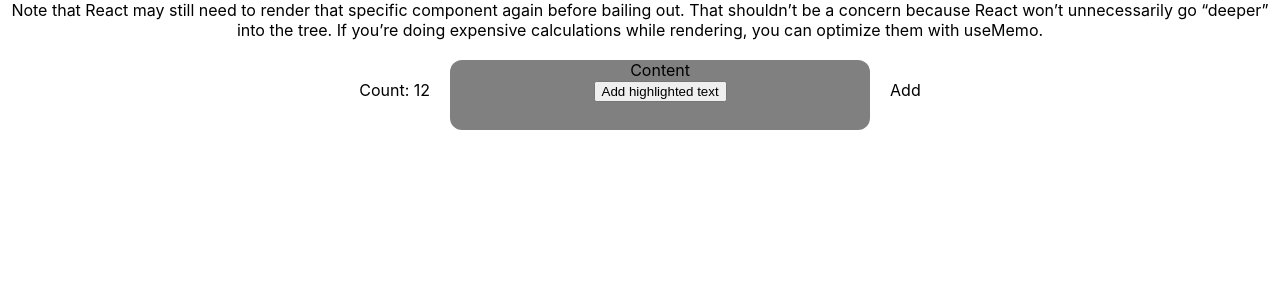
Repository: Farbod29/React-text-highlighter-with-hook-
Page: /
The author's editor kept a copy of each file at every save. The page is drawn from the files as they stood at one save, then again after a run of saves.
The browser window is 1280 px wide. The pictures show the whole page.
The project was rebuilt for these pictures with package versions that can differ from the ones it lists, and the page was loaded fresh each time.

Above is the page before, as saved 2022-02-18 21:14:20.

After the next 2 saves:
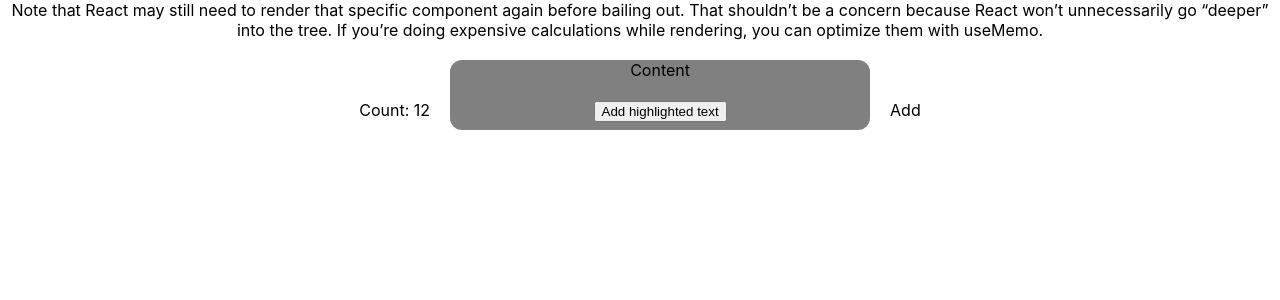
The 2 saves are shown as one change because they came seconds apart.
The last was saved 19 s later.
--- a/src/highlighter.js
+++ b/src/highlighter.js
@@ -32,7 +32,7 @@ export default function Highlighter() {
         }}
       >
         Content
-        <div style={{ padding: '1000' }}>
+        <div style={{ marginTop: '20px' }}>
           <button onClick={() => setCount(12)}> Add highlighted text </button>
         </div>
       </div>
